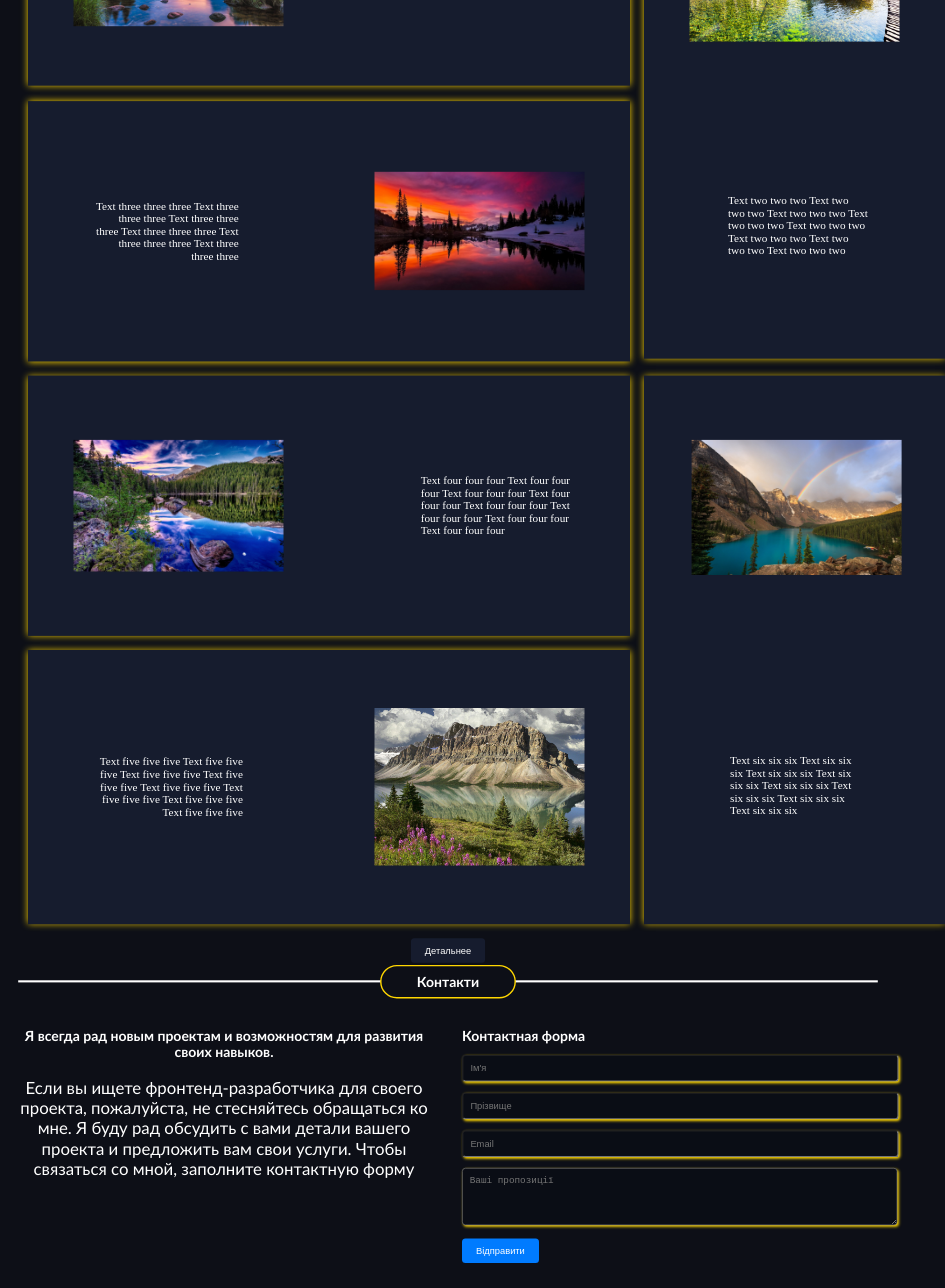
Repository: qtqqrdy13/cv-2
Page: index.html
These files come from the project's save history. The page is drawn as it stood at one moment and after the next save; the edit follows.
The browser window is 1280 px wide. The page is 1350 px wide, so the pictures cover 1350 px, including what lies to the right of the window. The pictures show the part of the page from y = 3228 to 5068 px (the page is 5068 px tall), at 70% of full size.

Above is the page before, as saved 2023-10-12 15:58:08.

### index.html
<!DOCTYPE html>
<html lang="en">

<head>
    <link rel="stylesheet" href="main.css">
    <meta charset="UTF-8">
    <meta name="viewport" content="width=device-width, initial-scale=1.0">
    <title>Батуров Олексій</title>
</head>

<body>
    <!--Navigation-->
    <header>
        <div class="logo">
            <img src="../cv 2/image/media/logo.png" alt="logo">
        </div>
        <nav>
            <ul>
                <li><a href="">Головна</a></li>
                <li><a href="#about">Про мене</a></li>
                <li><a href="#skills">Мої скіли</a></li>
                <li><a href="#portfolio">Портфоліо</a></li>
                <li><a href="">Контакти</a></li>
            </ul>
        </nav>
    </header>
    <!--Navigation-->

    <!--Two images-->
    <div class="container-top">
        <div class="img-container">
            <img class="img-1" src="../cv 2/image/code.gif" alt="">
            <img class="img-2" src="../cv 2/image/photo_2023-09-09_18-51-06.jpg" alt="">
        </div>
        <!--Two images-->

        <!--About Oleksiy-->
        <div class="container-text">
            <div id="about"></div>
            <div class="text-block">
                <h1>Олексій Батуров</h1>
            </div>
        </div>
    </div>
    <div class="description">
        <p>Я професіонал, чия пристрасть до веб-розробки
            помітна в кожному рядку коду, який я створюю.
            За час моєї практики я набув глибоких знань у
            різних галузях веб-технологій, включаючи HTML,
            CSS, JavaScript, а також популярні фреймворки
            та бібліотеки. Мої навички дозволяють мені
            створювати унікальні та сучасні веб-сайти,
            які поєднують у собі функціональність, стиль
            та оптимальну продуктивність. </p>
    </div>
    <!--About Oleksiy-->

    <!--Edge-->
    <div id="about_us">
        <div class="announcement">
            <h2 class="title">
                Скіли
            </h2>
        </div>
    </div>
    <!--Edge-->

    <!--Skills-->
    <div id="skills"></div>
    <div class="container">
        <div class="row">
            <div class="block">
                <h2>Скіли Дизайнера</h2>
                <div class="content">
                    <ul>
                        <li>Figma</li>
                        <li>Photoshop</li>
                        <li>Illustrator</li>
                        <li>Scratch</li>
                        <li>AdobeXD</li>
                        <li>Corel Draw</li>
                    </ul>
                </div>
            </div>
            <div class="block">
                <h2>Скіли Front-End розробника</h2>
                <div class="content">
                    <ul>
                        <li>HTML</li>
                        <li>CSS</li>
                        <li>JavaScript</li>
                        <li>ReactJS</li>
                        <li>ReactNative</li>
                        <li>AngularJS</li>
                        <li>NodeJS</li>
                        <li>VueJS</li>
                        <li>JQuerry</li>
                        <li>TypeScript</li>
                        <li>PHPMyAdmin</li>
                    </ul>
                </div>
            </div>
            <div class="block">
                <h2>Володіння CMS - платформами</h2>
                <div class="content">
                    <ul>
                        <li>WordPress</li>
                        <li>OpenCard</li>
                        <li>Joomla</li>
                        <li>Drupal</li>
                        <li>TYPEO3</li>
                    </ul>
                </div>
            </div>
        </div>
    </div>
    <!--Skills-->

    <!--Edge-->
    <div id="about_us">
        <div class="announcement">
            <h2 class="title">
                Портфоліо
            </h2>
        </div>
    </div>
    <!--Edge-->

    <!--Portfolio-->
    <div class="angry-grid">
        <div id="portfolio"></div>
        <div id="item-0">
            <img src="../cv 2/image/media/1.jpg" alt="Image 0" />
            <p>Text one one one Text one one one Text one one one Text one one one
                Text one one one Text one one one Text one one one Text one one one
            </p>
        </div>
        <div id="item-1">
            <img src="../cv 2/image/media/2.jpg" alt="Image 1" />
            <p>Text two two two Text two two two Text two two two Text two two two
                Text two two two Text two two two Text two two two Text two two two
            </p>
        </div>
        <div id="item-2">
            <div class="content-container">
                <p>Text three three three Text three three three Text three three three
                    Text three three three Text three three three Text three three three
                </p>
                <img src="../cv 2/image/media/3.jpg" alt="Image 2" />
            </div>
        </div>
        <div id="item-3">
            <img src="../cv 2/image/media/4.jpg" alt="Image 3" />
            <p>Text four four four Text four four four Text four four four Text four four four
                Text four four four Text four four four Text four four four Text four four four
            </p>
        </div>
        <div id="item-4">
            <div class="content-container">
                <p>Text five five five Text five five five Text five five five Text five five five
                    Text five five five Text five five five Text five five five Text five five five
                </p>
                <img src="../cv 2/image/media/5.jpg" alt="Image 4" />
            </div>
        </div>
        <div id="item-5">
            <img src="../cv 2/image/media/6.jpg" alt="Image 5" />
            <p>Text six six six Text six six six Text six six six Text six six six
                Text six six six Text six six six Text six six six Text six six six
            </p>
        </div>
    </div>

    <div class="detail-button">
        <button>Детальнее</button>
    </div>
    <!--Portfolio-->
    <!--Edge-->
    <div id="about_us">
        <div class="announcement">
            <h2 class="title">
                Контакти
            </h2>
        </div>
    </div>
    <!--Edge-->
    </div>
    <div class="container_contact">
        <div class="text">
            <h2>Я всегда рад новым проектам и возможностям для развития своих навыков. </h2>
            <p>Если вы ищете фронтенд-разработчика для своего проекта, пожалуйста, не стесняйтесь обращаться ко мне. Я
                буду рад обсудить с вами детали вашего проекта и предложить вам свои услуги.

                Чтобы связаться со мной, заполните контактную форму</p>
        </div>
        <div class="form">
            <h2>Контактная форма</h2>
            <form method="post">
                <div class="form-group">
                    <input type="text" id="name" name="name" placeholder="Ім'я" required>
                </div>
                <div class="form-group">
                    <input type="text" id="secondname" name="secondname" placeholder="Прізвище" required>
                </div>
                <div class="form-group">
                    <input type="text" id="email" name="email" placeholder="Email">
                </div>
                <div class="form-group">
                    <textarea id="message" name="message" rows="4" placeholder="Ваші пропозиції" required></textarea>
                </div>
                <div class="form-group">
                    <button type="submit">Відправити</button>
                </div>
            </form>
        </div>
    </div>
</body>

</html>

### main.css
body {
    background-color: #0d0f17;
    margin: 0;
    padding: 0;

}

/*Navigation*/
header {
    background-color: #161C2E;
    color: white;
    padding: 10px 0px;
    position: fixed;
    top: 0;
    width: 100%;
    display: flex;
    justify-content: space-between;
    align-items: center;
    z-index: 1000;
}

.logo img {
    height: 50px;
    margin-left: 50px;
}

nav ul {
    list-style: none;
    margin-right: 50px;
}

nav li {
    display: inline;
    margin-right: 50px;
    position: relative; /* Добавляем позицию относительно элементов меню */
}

nav a {
    text-decoration: none;
    color: white;
    font-weight: bold;
    font-size: 18px;
}

nav a:hover {
    color: gold;
    font-size: 18px;
    text-shadow: 0 0 10px gold;
    transform: scale(1.05);
    transition: transform 0.6s ease-in-out;
}

/* Добавляем стили для анимации */
nav li::before {
    content: "";
    position: absolute;
    width: 100%;
    height: 2px;
    background-color: gold;
    bottom: 0;
    left: 0;
    transform: scaleX(0); /* Изначально нулевая ширина */
    transform-origin: right;
    transition: transform 0.3s ease-in-out;
}

nav li::after {
    content: "";
    position: absolute;
    width: 100%;
    height: 2px;
    background-color: gold;
    bottom: 0;
    right: 0;
    transform: scaleX(0); /* Изначально нулевая ширина */
    transform-origin: left;
    transition: transform 0.3s ease-in-out;
}

nav li:hover::before,
nav li:hover::after {
    transform: scaleX(1); /* Увеличиваем ширину до 100% */
}


/*Two images*/
.container-top {
    display: flex;
    flex-direction: column;
    align-items: center;
    width: 100%;
    overflow: visible;
    position: relative;
}

.img-container {
    width: 100%;
    max-width: 100vw;
    position: relative;
    overflow: visible;
    order: 1;
}

.img-1 {
    width: 100%;
    height: 500px;
    position: relative;
}
.img-1:hover{
    animation: slideUp 2s ease-in-out infinite alternate;
}

.img-2 {
    width: 400px;
    height: 400px;
    max-width: 100%;
    position: absolute;
    top: calc(60% + 10%);
    left: 50%;
    transform: translateX(-50%);
    z-index: 2;
    border-radius: 50%;
    transition: transform 0.5s ease;
}

.img-2:hover {
    transform: translateX(-50%) rotate(360deg);
    animation: spin 2s linear infinite;
}

@keyframes spin {
    0% { transform: translateX(-50%) rotate(0deg); }
    100% { transform: translateX(-50%) rotate(360deg); }
}

@keyframes slideUp {
    0% {
        transform: translateY(0);
    }

    100% {
        transform: translateY(-20px);
    }
}

@media screen and(max-width: 768px) {
    .container {
        padding: 2px;
    }

    .img-1,
    .img-2 {
        height: auto;
    }
}

/*About Oleksiy*/
.container-text {
    display: flex;
    flex-direction: column;
    align-items: center;
    justify-content: center;
    height: 100vh;
    order: 2;
}

.text-block {
    width: 530px;
    height: 214px;
    font-size: 60px;
    text-align: center;
    color: white;
    animation: fadeIn 2s ease-in-out;
    margin: 0 auto;
}

.description {
    width: 700px;
    height: 256px;
    text-align: center;
    color: white;
    animation: slideIn 2s ease-in-out;
    margin: 0 auto;
    margin-bottom: 10%;
}

@keyframes fadeIn {
    0% {
        opacity: 0;
    }

    100% {
        opacity: 1;
    }
}

@keyframes slideIn {
    0% {
        transform: translateY(-20px);
        opacity: 0;
    }

    100% {
        transform: translateY(0);
        opacity: 1;
    }
}

/* Адаптация для мелких скринов */
@media (max-width: 600px) {
    .text-block {
        font-size: 36px;
    }

    .description {
        font-size: 18px;
    }
}

/* Адаптация для планшей */
@media (min-width: 601px) and (max-width: 1024px) {
    .text-block {
        font-size: 48px;
    }

    .description {
        font-size: 24px;
    }
}

@media (min-width: 1025px) {
    .text-block {
        font-size: 72px;
    }

    .description {
        font-size: 30px;
    }
}

/*Edge*/
.announcement {
    height: 3px;
    background-color: white;
    display: flex;
    justify-content: center;
    align-items: center;
    margin: 2% 2%;
}

.title {
    animation-name: fade-in;
    animation-duration: 0.3s;
    text-align: center;
    text-decoration: none;
    color: white;
    border: 2px solid gold;
    background-color: #0d0f17;
    border-radius: 30px;
    padding: 10px 50px;
}

.title:hover {

    color: gold;
    font-size: 26px;
    box-shadow: 0 0 6px gold;
}

@keyframes fade-in {
    from {
        opacity: 0;
    }

    to {
        opacity: 1;
    }
}

/*Skills*/
.container {
    display: flex;
    flex-direction: column;
    align-items: center;
}

.row {
    display: flex;
    flex-wrap: wrap;
    justify-content: space-between;
}

.block {
    border: 2px solid gold;
    margin: 10px;
    padding: 20px;
    animation: fade-in 1s ease-in-out;
    width: calc(50% - 20px);
    height: 400px;
    box-shadow: 1px 1px 6px gold;
    text-align: center;
    box-sizing: border-box;
    display: flex;
    flex-direction: column;
    justify-content: flex-start;
    align-items: center;
}

.block:hover {
    box-shadow: 2px 2px 12px gold;
}

h2 {
    font-size: 20px;
    font-family: 'Trebuchet MS', 'Lucida Sans Unicode', 'Lucida Grande', 'Lucida Sans', Arial, sans-serif;
    margin-top: 10px 0 0 0;
    color: white;
}

.content {
    display: flex;
    flex-direction: column;
    align-items: center;
    justify-content: center;
    height: 100%;
}

.content ul {
    list-style-type: square;
    padding-left: 20px;
    margin: 0;
}

h2:hover {
    font-size: 21px;
    text-shadow: 0px 0px 12px white;
}

.content li {
    font-size: 18px;
    color: white;
}

.content li:hover {
    font-size: 19px;
    text-shadow: 0px 0px 12px white;
}

@keyframes fade-in {
    0% {
        opacity: 0;
    }

    100% {
        opacity: 1;
    }
}

@media screen and (max-width: 1024px) {
    .block {
        padding: 10px;
        width: calc(50% - 20px);
        height: 250px;
    }

    .block h2 {
        font-size: 18px;
    }

    .content li {
        font-size: 16px;
    }
}

@media screen and (max-width: 750px) {
    .block {
        padding: 10px;
        width: calc(50% - 20px);
        height: 200px;
    }

    .block h2 {
        font-size: 16px;
    }

    .content li {
        font-size: 14px;
    }
}


@media screen and (min-width: 1200px) {
    .block {
        width: 400px;
        height: 400px;
    }

    .row {
        justify-content: center;
        width: calc(65% - 10px)
    }
}

/*Portfolio*/
.angry-grid {
    display: grid;
    grid-template-rows: 1fr 1fr 1fr 1fr;
    grid-template-columns: 1fr 1fr 1fr 1fr 1fr;
    margin: 0 auto;
    max-width: 1200px;
    padding: 0 15px;
}

#item-0 {
    background-color: #161C2E;
    grid-row-start: 1;
    grid-column-start: 1;
    grid-row-end: 2;
    grid-column-end: 3;
    margin-bottom: 20px;
    width: 860px;
    height: 370px;
    box-shadow: 0 0 10px gold;
    display: grid;
    grid-template-columns: 3fr 1fr;
    align-items: center;
    transition: transform 0.6s ease-in-out;
}

#item-0:hover {
    box-shadow: 0 0 18px gold;
    border-radius: 10px;
    transform: scale(1.05);
}

#item-0 img {
    max-width: 300px;
    max-height: 300px;
    margin-left: 65px;
}

#item-0 p {
    margin-right: 90px;
    margin-left: -90px;
    color: white;
}

#item-1 {
    background-color: #161C2E;
    grid-row-start: 1;
    grid-column-start: 3;
    grid-row-end: 3;
    grid-column-end: 4;
    margin-left: 20px;
    width: 430px;
    height: 760px;
    box-shadow: 0 0 10px gold;
    display: grid;
    grid-template-columns: 1fr;
    grid-template-rows: 1fr auto;
    align-items: center;
    justify-items: center;
    transition: transform 0.6s ease-in-out;
}

#item-1:hover {
    box-shadow: 0 0 18px gold;
    border-radius: 10px;
    transform: scale(1.05);
}

#item-1 img {
    max-width: 300px;
    max-height: 300px;
    margin-top: -100px;

}

#item-1 p {
    margin-right: 90px;
    margin-bottom: 125px;
    margin-left: 100px;
    color: white;
    padding: 20px;
}

#item-2 {
    background-color: #161C2E;
    grid-row-start: 2;
    grid-column-start: 1;
    grid-row-end: 3;
    grid-column-end: 3;
    margin-bottom: 20px;
    box-shadow: 0 0 10px gold;
    display: grid;
    grid-template-columns: 1fr;
    align-items: center;
    transition: transform 0.6s ease-in-out;
}

#item-2 .content-container {
    display: flex;
    flex-direction: row;
    align-items: center;
    justify-content: space-between;
}

#item-2 img {
    max-width: 300px;
    max-height: 300px;
    margin-right: 65px;
}

#item-2 p {
    flex: 1;
    margin-right: 20px;
    color: white;
    text-align: right;
    margin-right: 100px;
    padding: 94px;
}

#item-2:hover {
    box-shadow: 0 0 18px gold;
    border-radius: 10px;
    transform: scale(1.05);
}

#item-3 {
    background-color: #161C2E;
    grid-row-start: 3;
    grid-column-start: 1;
    grid-row-end: 4;
    grid-column-end: 3;
    margin-bottom: 20px;
    box-shadow: 0 0 10px gold;
    display: flex;
    align-items: center;
    justify-content: center;
    transition: transform 0.6s ease-in-out;
}

#item-3:hover {
    box-shadow: 0 0 18px gold;
    border-radius: 10px;
    transform: scale(1.05);
}

#item-3 img {
    max-width: 300px;
    max-height: 300px;
    margin-left: 65px;
}

#item-3 p {
    margin-right: -50px;
    margin-left: 71px;
    color: white;
    padding: 125px;
}

#item-4 {
    background-color: #161C2E;
    grid-row-start: 4;
    grid-column-start: 1;
    grid-row-end: 5;
    grid-column-end: 3;
    box-shadow: 0 0 10px gold;
    display: grid;
    grid-template-columns: 1fr auto;
    align-items: center;
    transition: transform 0.6s ease-in-out;
}

#item-4 .content-container {
    display: flex;
    flex-direction: row;
    align-items: center;
    justify-content: space-between;
    flex-wrap: nowrap;
}

#item-4 img {
    max-width: 300px;
    max-height: 300px;
    margin-right: 65px;
}

#item-4 p {
    color: white;
    text-align: right;
    margin-right: 129px;
    margin-left: 43px;
    padding: 59px;
}

#item-4:hover {
    box-shadow: 0 0 18px gold;
    border-radius: 10px;
    transform: scale(1.05);
}

#item-5 {
    background-color: #161C2E;
    grid-row-start: 3;
    grid-column-start: 3;
    grid-row-end: 5;
    grid-column-end: 4;
    margin-left: 20px;
    box-shadow: 0 0 10px gold;
    display: grid;
    grid-template-rows: 1fr auto;
    justify-content: center;
    align-items: center;
    align-content: space-between;
    transition: transform 0.6s ease-in-out;
}

#item-5 img {
    max-width: 300px;
    max-height: 300px;
    margin-top: -124px;
    margin-left: 68px;
}

#item-5 p {
    margin-right: 90px;
    margin-bottom: 130px;
    margin-left: 100px;
    color: white;
    padding: 23px;
}

#item-5:hover {
    box-shadow: 0 0 18px gold;
    border-radius: 10px;
    transform: scale(1.05);
}

@media (max-width: 768px) {
    .angry-grid {
        grid-template-columns: 1fr 1fr;
        max-width: 768px;
        margin-left: 0;
    }
}

@media (min-width: 1313px) {
    .angry-grid {
        max-width: 1313px;
        padding: 45px 20px;
    }
}

/* Стили для .detail-button */
.detail-button {
    text-align: center;
    margin-top: 20px;
}

.detail-button button {
    padding: 10px 20px;
    background-color: #161C2E;
    color: white;
    border: none;
    border-radius: 5px;
    cursor: pointer;
}

.detail-button button:hover {
    background-color: #161C2E;
    box-shadow: 0 0 12px white;
}
.container_contact {
    display: flex;
    justify-content: space-between;
    border-radius:15px;

}
.text h2{
    color:white;
}
.text p{
    color:white;
    font-size:24px;
    font-family:'Trebuchet MS', 'Lucida Sans Unicode', 'Lucida Grande', 'Lucida Sans', Arial, sans-serif;

}
.text {
    flex: 1;
    padding: 20px;
    text-align: center;
}

.form {
    flex: 1;
    padding: 20px;
    border-radius: 5px;
    border:none;
}

.form-group {
    margin-bottom: 15px;
}

.form-group label {
    display: block;
    margin-bottom: 5px;
    font-weight: bold;

}

.form-group input[type="text"],
.form-group textarea {
    width: 100%;
    padding: 10px;
    border-radius: 5px;
    background-color:#0a0d15;
    box-shadow:2px 2px 4px gold;
}

.form-group button {
    background-color: #007BFF;
    color: #fff;
    border: none;
    padding: 10px 20px;
    border-radius: 5px;
    cursor: pointer;
}

.form-group button:hover {
    background-color: #0056b3;
}

After the next save:
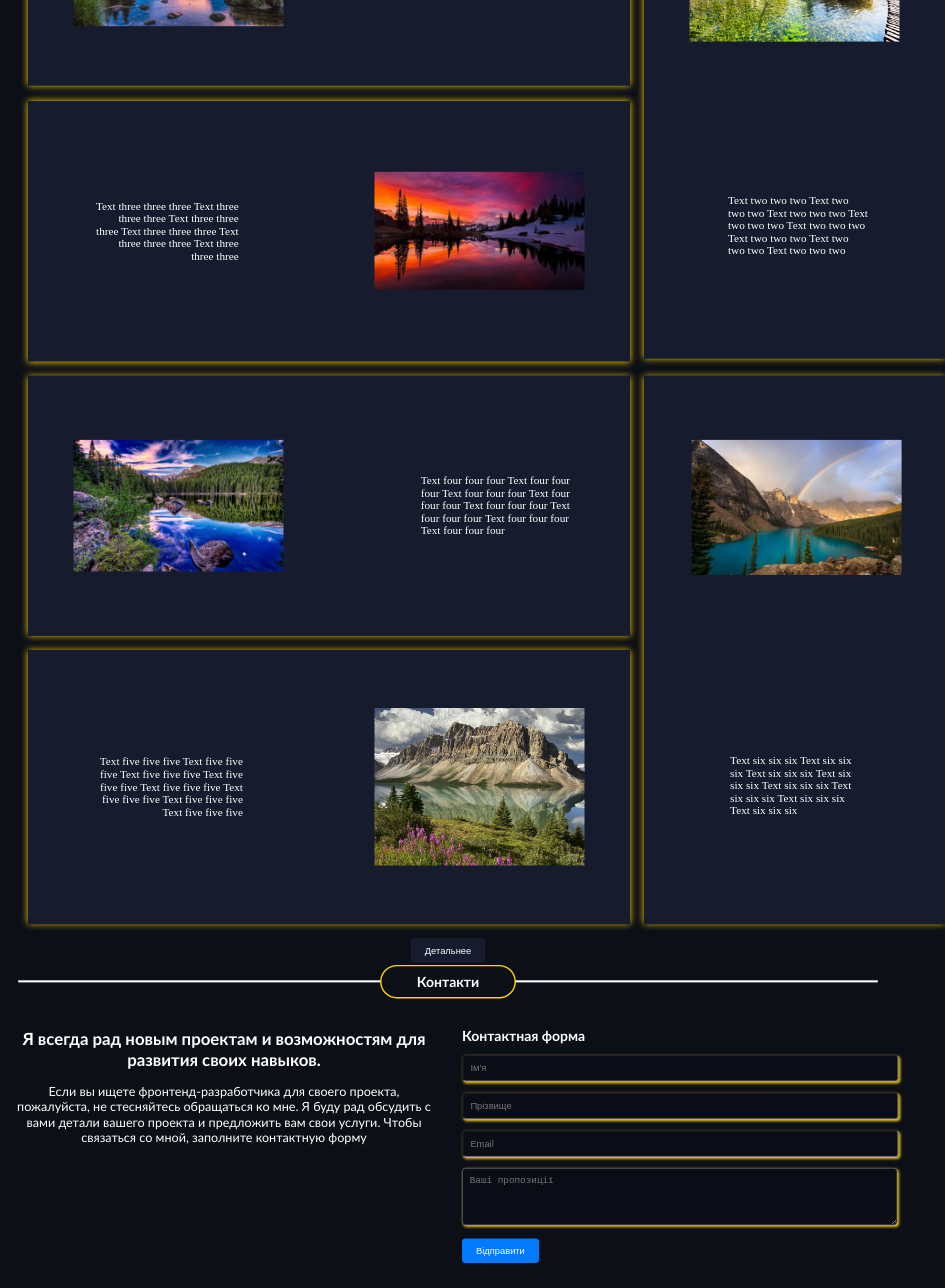
Saved 76 s later.
--- a/main.css
+++ b/main.css
@@ -679,10 +679,11 @@ h2:hover {
 }
 .text h2{
     color:white;
+    font-size:24px;
 }
 .text p{
     color:white;
-    font-size:24px;
+    font-size:18px;
     font-family:'Trebuchet MS', 'Lucida Sans Unicode', 'Lucida Grande', 'Lucida Sans', Arial, sans-serif;
 
 }
